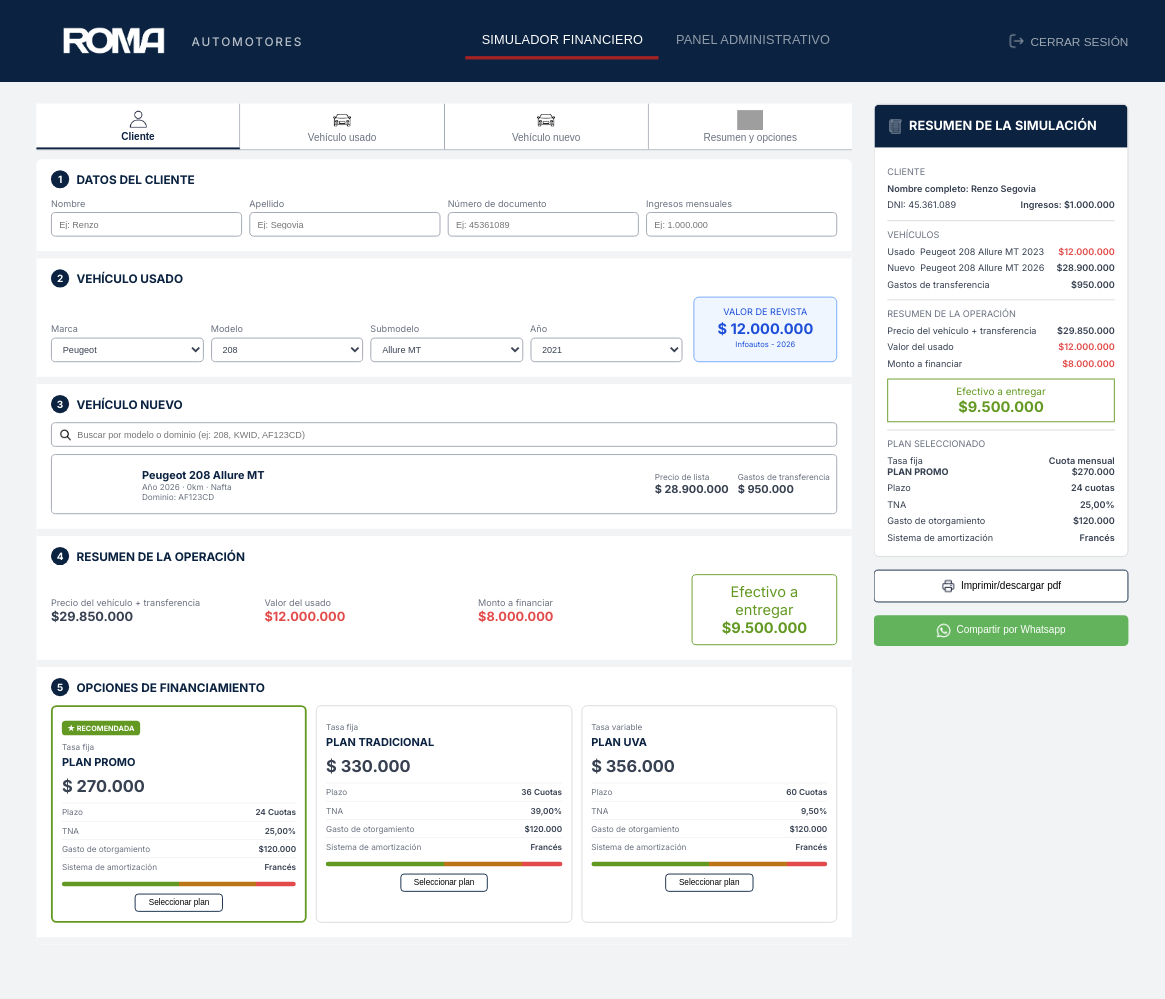
Repository: PPIII-9-012/Roma-System
Page: public/index.html
The author's editor kept a copy of each file at every save. The page is drawn from the files as they stood at one save, then again after the next save.
The browser window is 1280 px wide. The pictures show the whole page, at 91% of full size.
Pictures or frames that could not be fetched are drawn as grey boxes.

Above is the page before, as saved 2026-08-22 17:06:24.

After the next save:
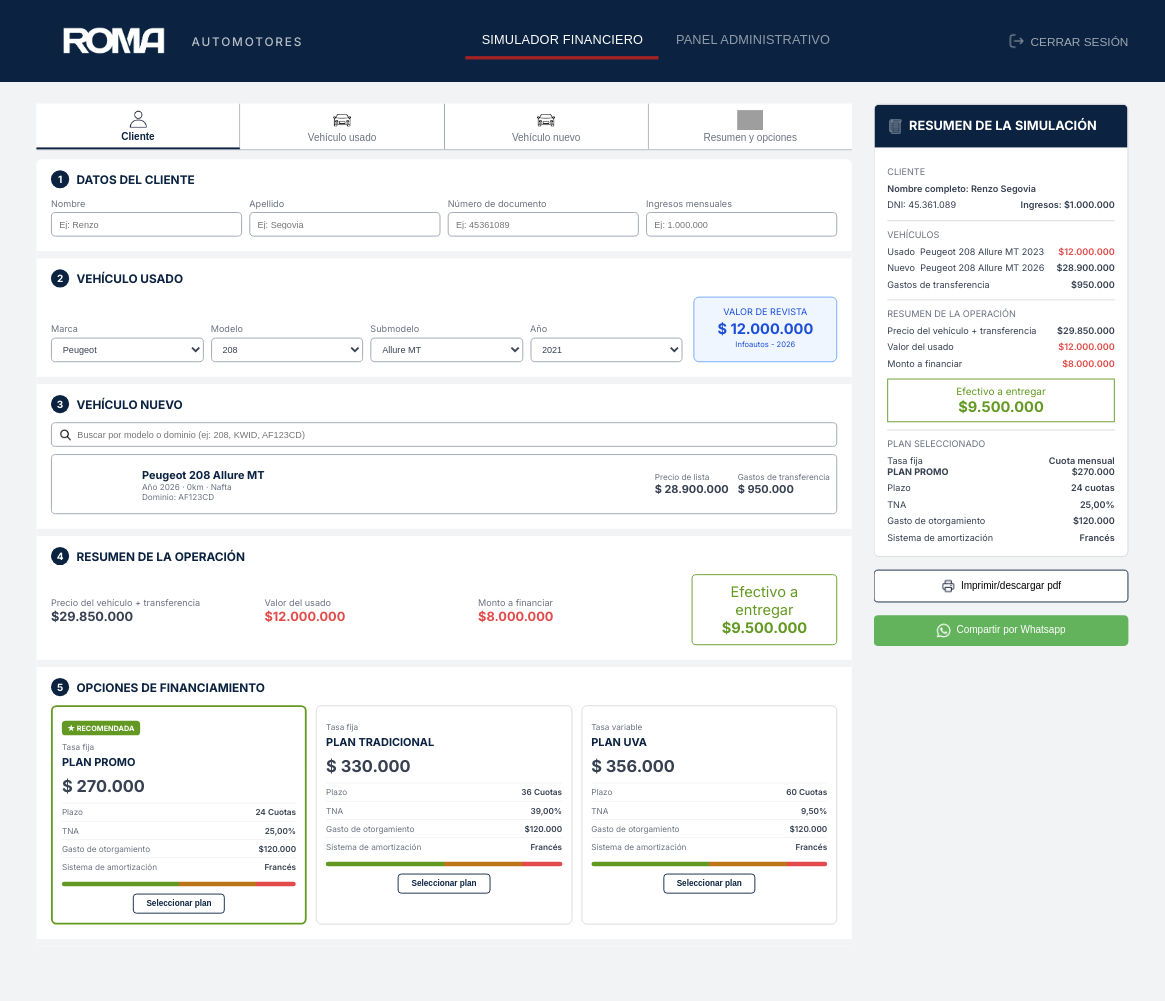
Saved 84 s later.
--- a/public/index.html
+++ b/public/index.html
@@ -235,7 +235,33 @@
         .plan-row span:first-child { color: #6B7280; }
         .plan-row span:last-child { font-weight: 600; }
         .rci { height: 5px; margin: 7px 0 3px; background: linear-gradient(to right, #639922 50%, #BA7517 50% 83%, #E24B4A 83%); border-radius: 4px; }
-        .plan-button { display: block; margin: 8px auto 0; padding: 4px 14px; border: 1px solid #0B2341; background: #FFFFFF; border-radius: 4px; font-size: 9px; }
+        .plan-button {
+            display: block;
+            margin: 8px auto 0;
+            padding: 5px 14px;
+            border: 1px solid #0B2341;
+            background: #FFFFFF;
+            color: #0B2341;
+            border-radius: 4px;
+            font-size: 9px;
+            font-weight: 600;
+            cursor: pointer;
+            transition: background-color .2s ease, color .2s ease, transform .2s ease, box-shadow .2s ease;
+        }
+        .plan-button:hover {
+            background: #0B2341;
+            color: #FFFFFF;
+            transform: translateY(-2px);
+            box-shadow: 0 4px 8px rgba(11, 35, 65, .22);
+        }
+        .plan-button:active {
+            transform: translateY(0);
+            box-shadow: 0 2px 4px rgba(11, 35, 65, .16);
+        }
+        .plan-button:focus-visible {
+            outline: 2px solid #639922;
+            outline-offset: 2px;
+        }
         .summary-card { border: 1px solid #D9D9D9; }
         .summary-head { background: #0B2341; color: #FFFFFF; padding: 14px; font-size: 14px; font-weight: 700; }
         .summary-logo {
